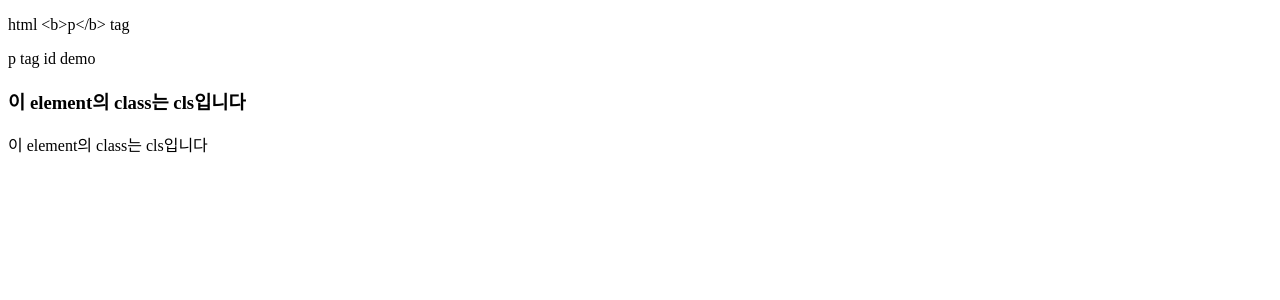
Repository: jeongho97/JQuery
Page: JQuery기본/WebContent/JQuery_JS.html
An editor plug-in stored every save of this project. The page is shown before and after the next save, followed by the edit.
The browser window is 1280 px wide. The pictures show the whole page.

Above is the page before, as saved 2022-05-13 00:45:15.

### JQuery기본/WebContent/JQuery_JS.html
<!DOCTYPE html>
<html>
<head>
<meta charset="UTF-8">
<script src="https://ajax.googleapis.com/ajax/libs/jquery/3.6.0/jquery.min.js"></script> <!-- jQuery를 직접 다운로드하고 호스팅 -->
<title>Insert title here</title>
</head>
<body>
<!--

	Java Script: client(front)-view
				 화면의 resource(input,event)의 값을 설정, 취득한 후의 처리

	Jquery: JavaScript 경량화, 간략화
			Ajax(비동기 통신)-axio
-->
<script type="text/javascript">
/*
	형식:								onclick
			$(tag명,id,class,name).핸들러 함수(값 or 함수)

			$("#btn").click(function move {


			} );
			$("#btn").click(func() {


			} );

			let val = document.getElementById("id").value; //getter
			document.getElementById("id").value="hello"; //setter

			JavaScript		JQuery
			value			val()
			innerHTML		html()
			innerTEXT		text()
*/

</script>
<p>여기가 p태그입니다.</p>

<script type="text/javascript">

let p=$("p").html(); //getter==innerHTML
//alert(p);

//$("p").html("html <b>p</b> tag");//setter
$("p").text("html <b>p</b> tag");//text는 문자열로 들어감
</script>

<p id="demo">p tag id demo</p>

<h3 class="cls">h3 tag class cls</h3>

<p class="cls">p tag class cls</p>

<script type="text/javascript">
$(document).ready(function(){ //현재 문서를 모두 rendering 후에

	let demo=$("#demo").html(); //text()
	alert(demo);

	$(".cls").text("이 element의 class는 cls입니다");

})

</script>




</body>
</html>

After the next save:
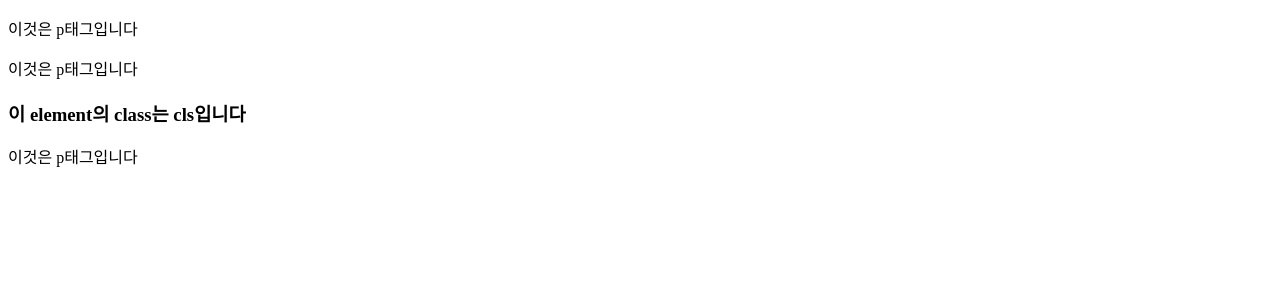
Saved 94 s later.
--- a/JQuery기본/WebContent/JQuery_JS.html
+++ b/JQuery기본/WebContent/JQuery_JS.html
@@ -63,6 +63,8 @@ $(document).ready(function(){ //현재 문서를 모두 rendering 후에
 
 	$(".cls").text("이 element의 class는 cls입니다");
 
+	$("p").html("이것은 p태그입니다");
+
 })
 
 </script>
